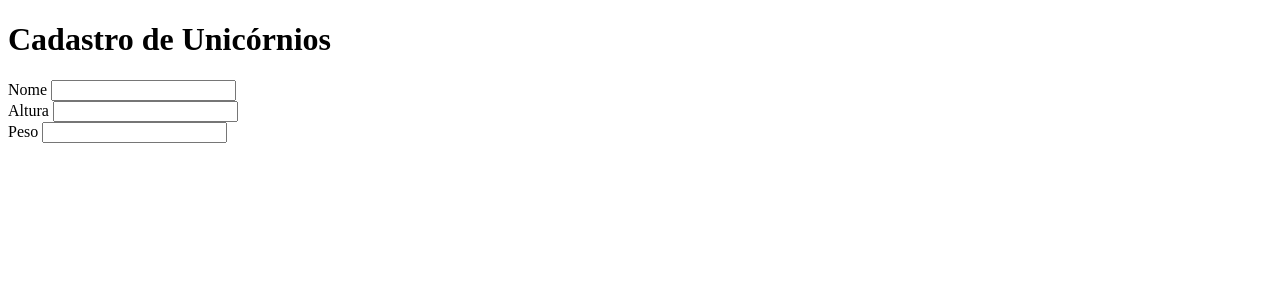
Repository: ViniciusSevero/FIAP-2TDSF-DBE-2sem
Page: http://localhost/03-Spring/unicornio/cadastrar
An editor plug-in stored every save of this project. The page is shown before and after the next save, followed by the edit.
The browser window is 1280 px wide. The pictures show the whole page.
The page is served by Tomcat 9. Other server files are loaded and not shown.

Above is the page before, as saved 2017-08-22 13:55:59.

### 03-Spring/WebContent/WEB-INF/jsp/unicornio/cadastro.jsp
<%@ page language="java" contentType="text/html; charset=ISO-8859-1"
    pageEncoding="ISO-8859-1"%>
<!DOCTYPE html PUBLIC "-//W3C//DTD HTML 4.01 Transitional//EN" "http://www.w3.org/TR/html4/loose.dtd">
<html>
<head>
<meta http-equiv="Content-Type" content="text/html; charset=ISO-8859-1">
<title>Cadastro Unicórnios</title>
</head>
<body>
	<h1>Cadastro de Unicórnios</h1>

	<form>
		<div>
			<label>Nome</label>
			<input type="text" name="nome">
		</div>
		<div>
			<label>Altura</label>
			<input type="text" name="altura">
		</div>
		<div>
			<label>Peso</label>
			<input type="text" name="peso">
		</div>
	</form>
</body>
</html>

After the next save:
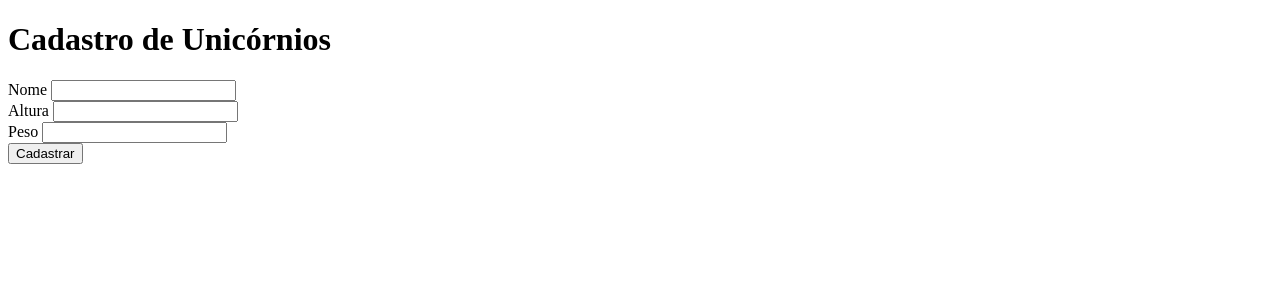
Saved 18 s later.
--- a/03-Spring/WebContent/WEB-INF/jsp/unicornio/cadastro.jsp
+++ b/03-Spring/WebContent/WEB-INF/jsp/unicornio/cadastro.jsp
@@ -22,6 +22,9 @@
 			<label>Peso</label>
 			<input type="text" name="peso">
 		</div>
+		<div>
+			<input type="submit" value="Cadastrar">
+		</div>
 	</form>
 </body>
 </html>
